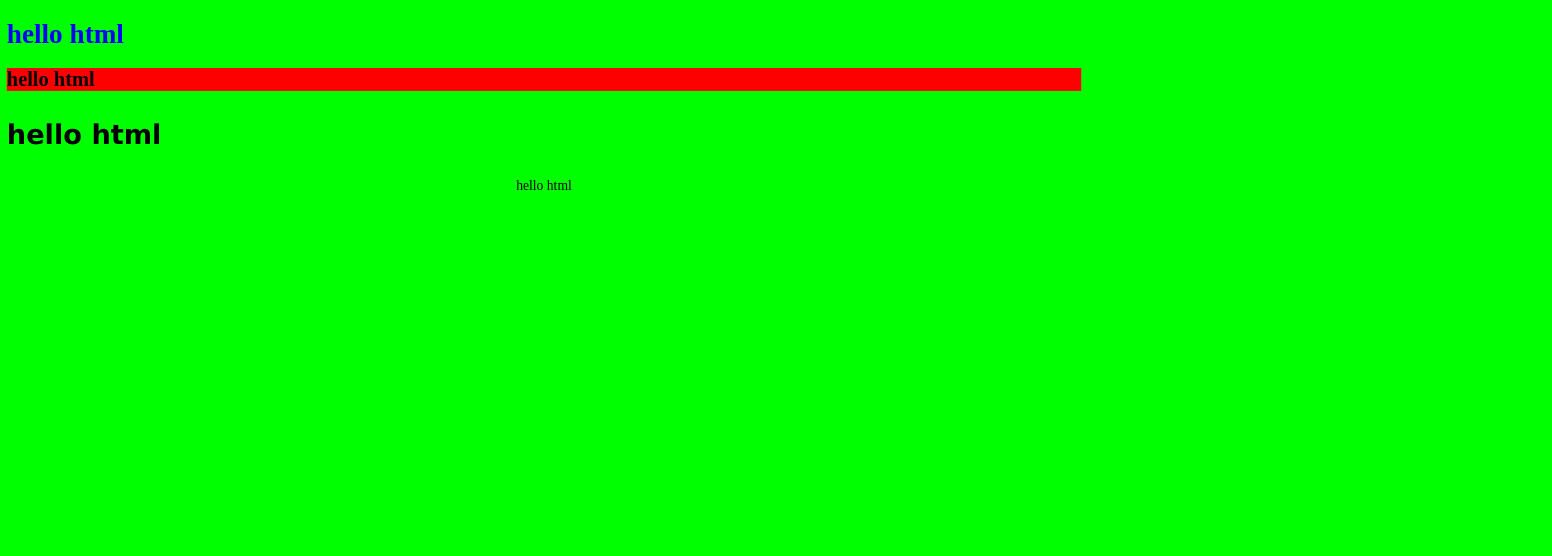
Repository: xsa1113/posco_ict
Page: html/TestSample/WebContent/index1.html
An editor plug-in stored every save of this project. The page is shown before and after the next save, followed by the edit.
The browser window is 1280 px wide. The page is 1280 px wide, then 1826 px, so the pictures cover 1826 px, including what lies to the right of the window. The pictures show the whole page, at 85% of full size.

Above is the page before, as saved 2022-05-04 07:20:33.

### html/TestSample/WebContent/index1.html
<!DOCTYPE html>
<html>
<head>
<meta charset="UTF-8">
<title>Insert title here</title>
</head>
<body bgcolor="#00FF00">

<!--
	<태그명 attribute="값" attribute2 = "값">문자열</태그명>

	<태그명 attribute="property:값">
	property == 특성
 -->

 <h1 style="color: blue;">hello html</h1>

 <h2 style="background-color: #FF0000">hello html</h2>

 <h3 style="font-family : verdana; font-size:200%">hello html </h3>

 <p style="text-align : center;"> hello html </p>



</body>
</html>

After the next save:
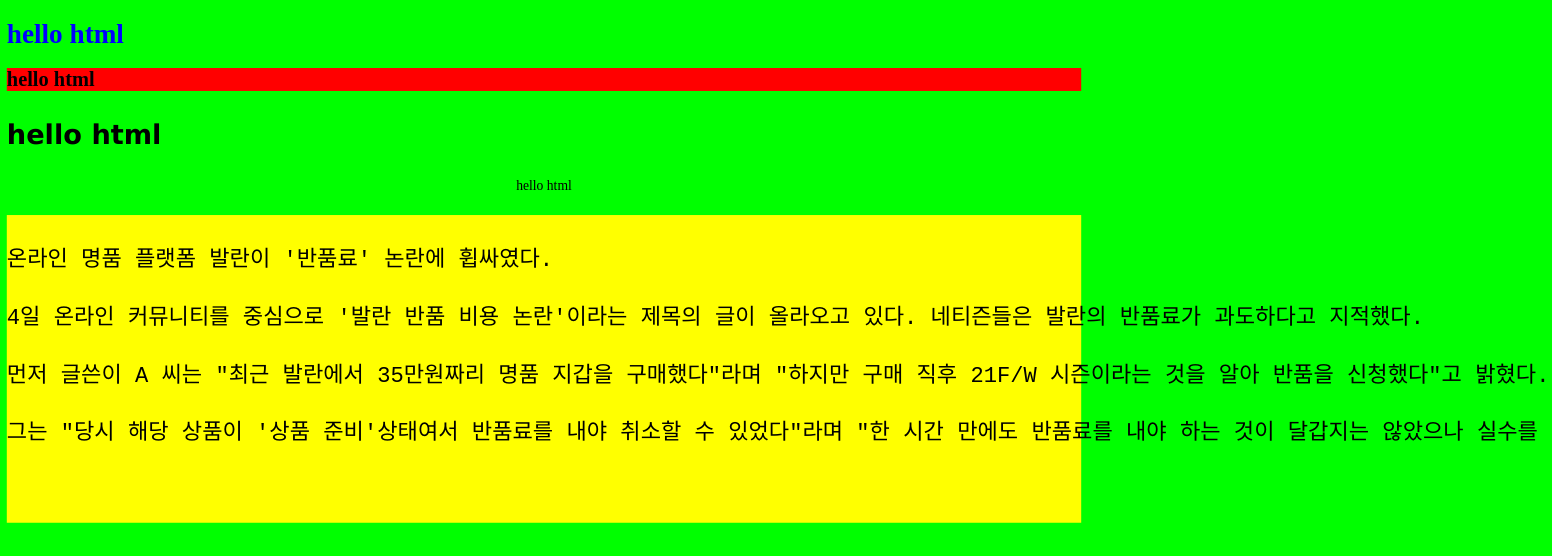
Saved 2 min 15 s later.
--- a/html/TestSample/WebContent/index1.html
+++ b/html/TestSample/WebContent/index1.html
@@ -21,7 +21,18 @@
 
  <p style="text-align : center;"> hello html </p>
 
+ <pre style="font-size : 200%; background-color:#ffff00;">
 
+온라인 명품 플랫폼 발란이 '반품료' 논란에 휩싸였다.
+
+4일 온라인 커뮤니티를 중심으로 '발란 반품 비용 논란'이라는 제목의 글이 올라오고 있다. 네티즌들은 발란의 반품료가 과도하다고 지적했다.
+
+먼저 글쓴이 A 씨는 "최근 발란에서 35만원짜리 명품 지갑을 구매했다"라며 "하지만 구매 직후 21F/W 시즌이라는 것을 알아 반품을 신청했다"고 밝혔다.
+
+그는 "당시 해당 상품이 '상품 준비'상태여서 반품료를 내야 취소할 수 있었다"라며 "한 시간 만에도 반품료를 내야 하는 것이 달갑지는 않았으나 실수를
+
+
+ </pre>
 
 </body>
 </html>
